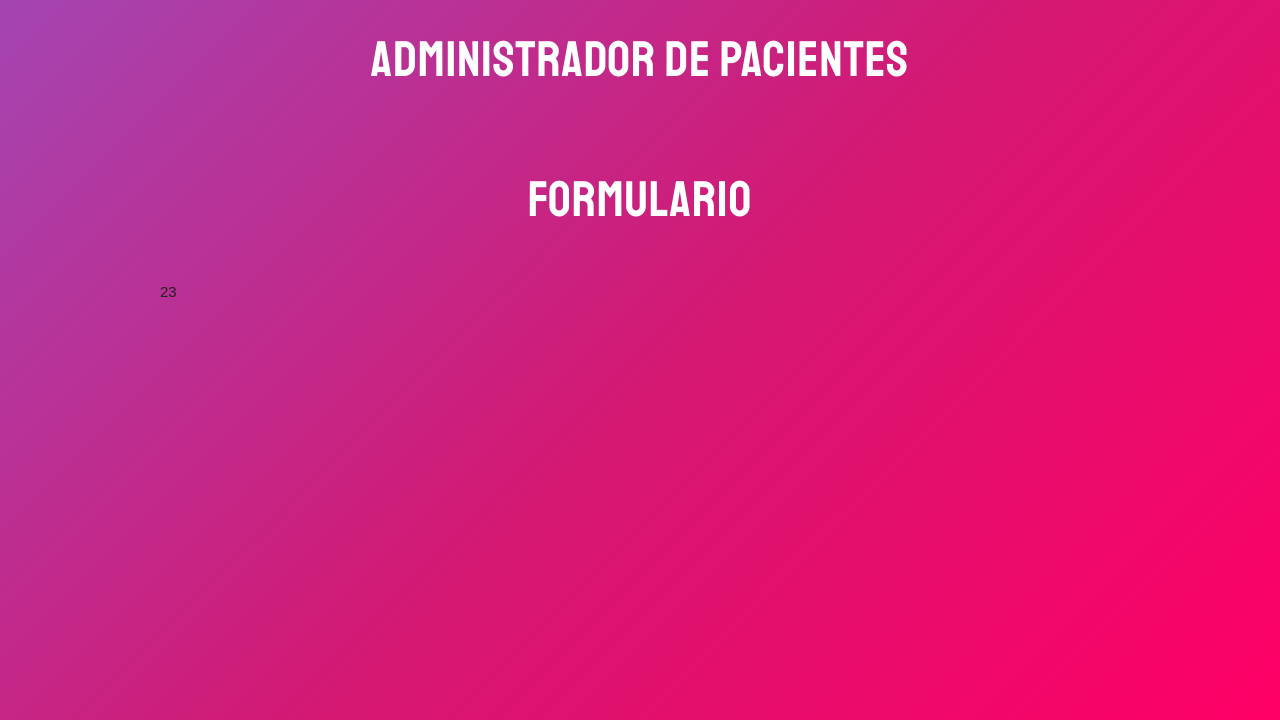
Repository: leonmezu1/react-jdlt
Page: /
An editor plug-in stored every save of this project. The page is shown before and after the next save, followed by the edit.
The browser window is 1280 px wide. The pictures show the whole page.
The project was rebuilt for these pictures with package versions that can differ from the ones it lists, and the page was loaded fresh each time.

Above is the page before, as saved 2020-10-05 08:37:58.

### src/App.js
import React, { Fragment } from 'react';
import Formulario from './components/Formulario'

function App() {
  return (
    <Fragment>
      <h1>Administrador de pacientes</h1>
      <div className ="container">
        <div className="row">
          <div className="one-half-column">
            <Formulario />
          </div>
          <div className="one-half-column">
            23
          </div>
        </div>
      </div>
    </Fragment>
  );
}

export default App;

### src/components/Formulario.js
import React, { Fragment } from 'react'

export default class Formulario extends React.Component {
  constructor(props){
    super(props)
    this.state = {}
  }

  render() {
    return (
      <Fragment>
        <h1>Formulario</h1>
      </Fragment>
    );
  }
}

Loaded but not shown: public/index.html (common file); src/index.js (common file); src/index.css (common file); src/serviceWorker.js (common file)

After the next save:
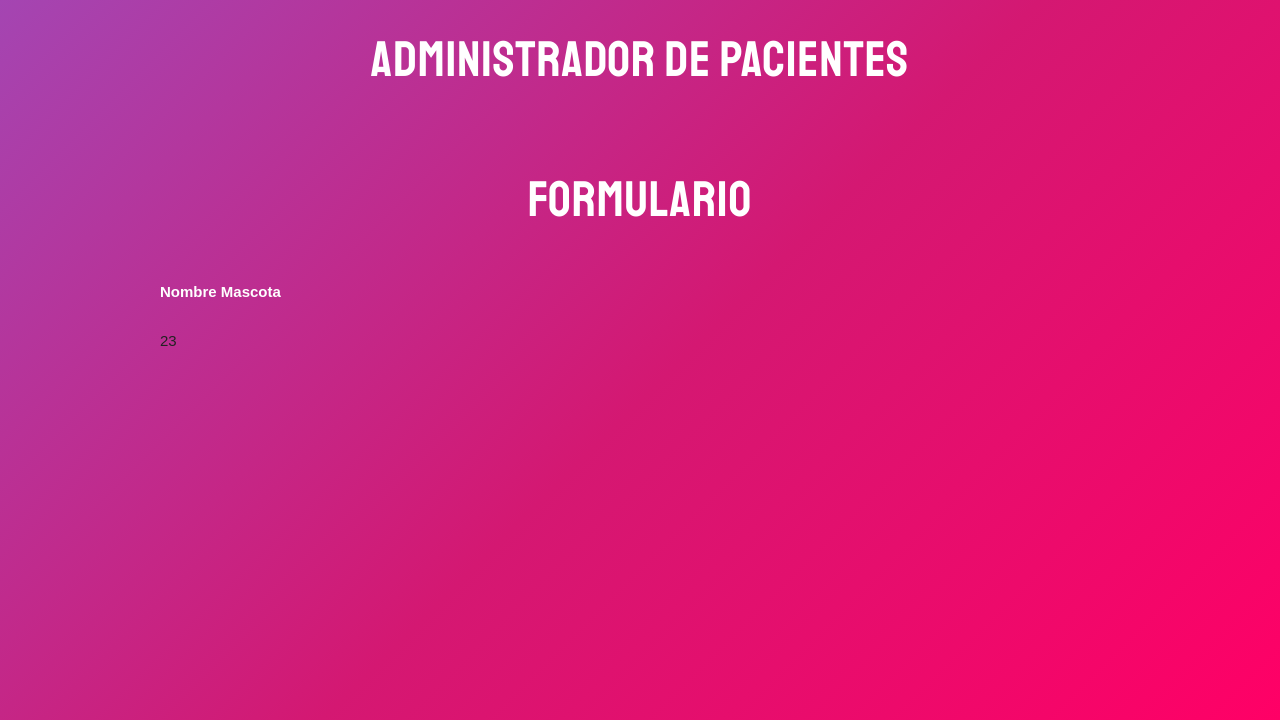
Saved 2 min 12 s later.
--- a/src/components/Formulario.js
+++ b/src/components/Formulario.js
@@ -10,6 +10,9 @@ export default class Formulario extends React.Component {
     return (
       <Fragment>
         <h1>Formulario</h1>
+        <form>
+          <label>Nombre Mascota</label>
+        </form>
       </Fragment>
     );
   }
